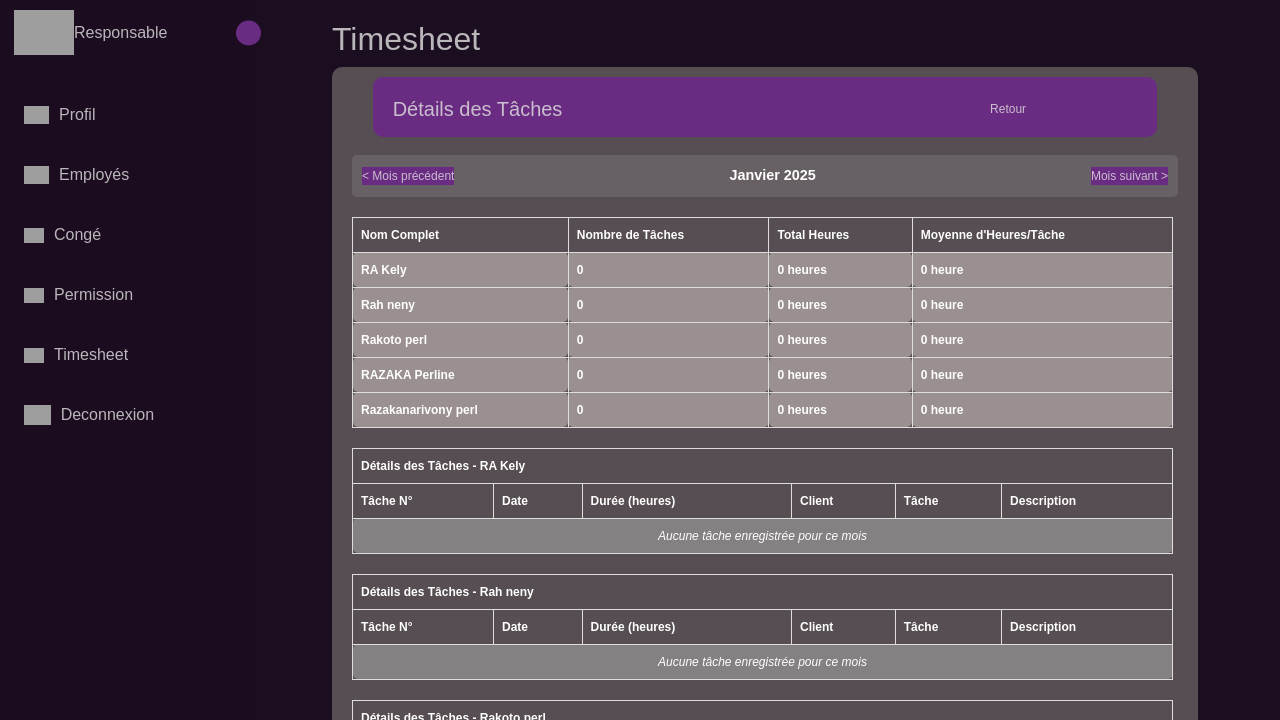
Repository: Fandresena19/Gestion-employe
Page: http://localhost/phpmailer/Assets/responsable/vue/detail_timesheet.php?mois=1&annee=2025
These files come from the project's save history. The page is drawn as it stood at one moment and after the next save; the edit follows.
The browser window is 1280 px wide. The pictures show the whole page.
Pictures or frames that could not be fetched are drawn as grey boxes. An inner scrolling area shows only its first screen. Some web fonts or font styles are not loaded; a fallback is used. The page is run by PHP 8.4 with error messages shown; the project is at /var/www/html/. The database holds what the project's SQL file puts in it.

Above is the page before, as saved 2025-05-12 09:11:44.

After the next save:
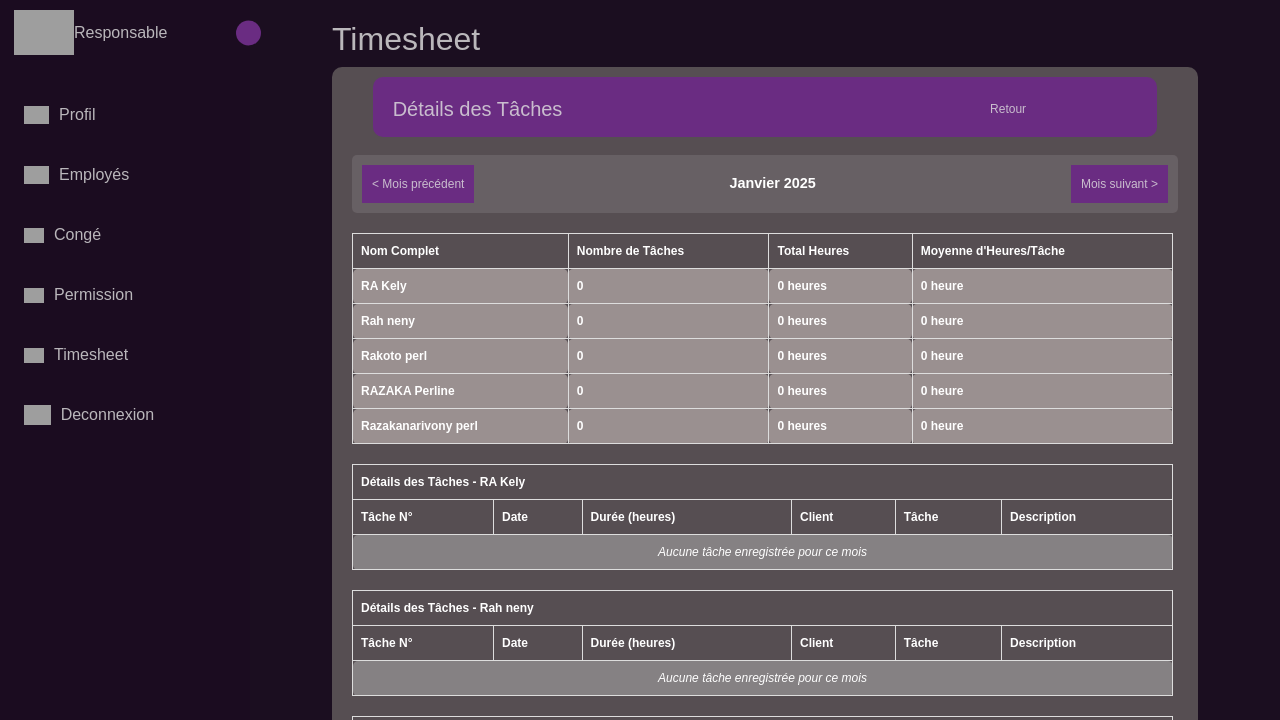
Saved 7 s later.
--- a/Assets/responsable/vue/detail_timesheet.php
+++ b/Assets/responsable/vue/detail_timesheet.php
@@ -161,7 +161,7 @@ unset($employe); // Détruire la référence à la dernière valeur
   .navigation button{
     background-color: #6A2C82;
     border: none;
-    padding: auto;
+    padding: 10px;
   }
 
   .mois-actuel {
